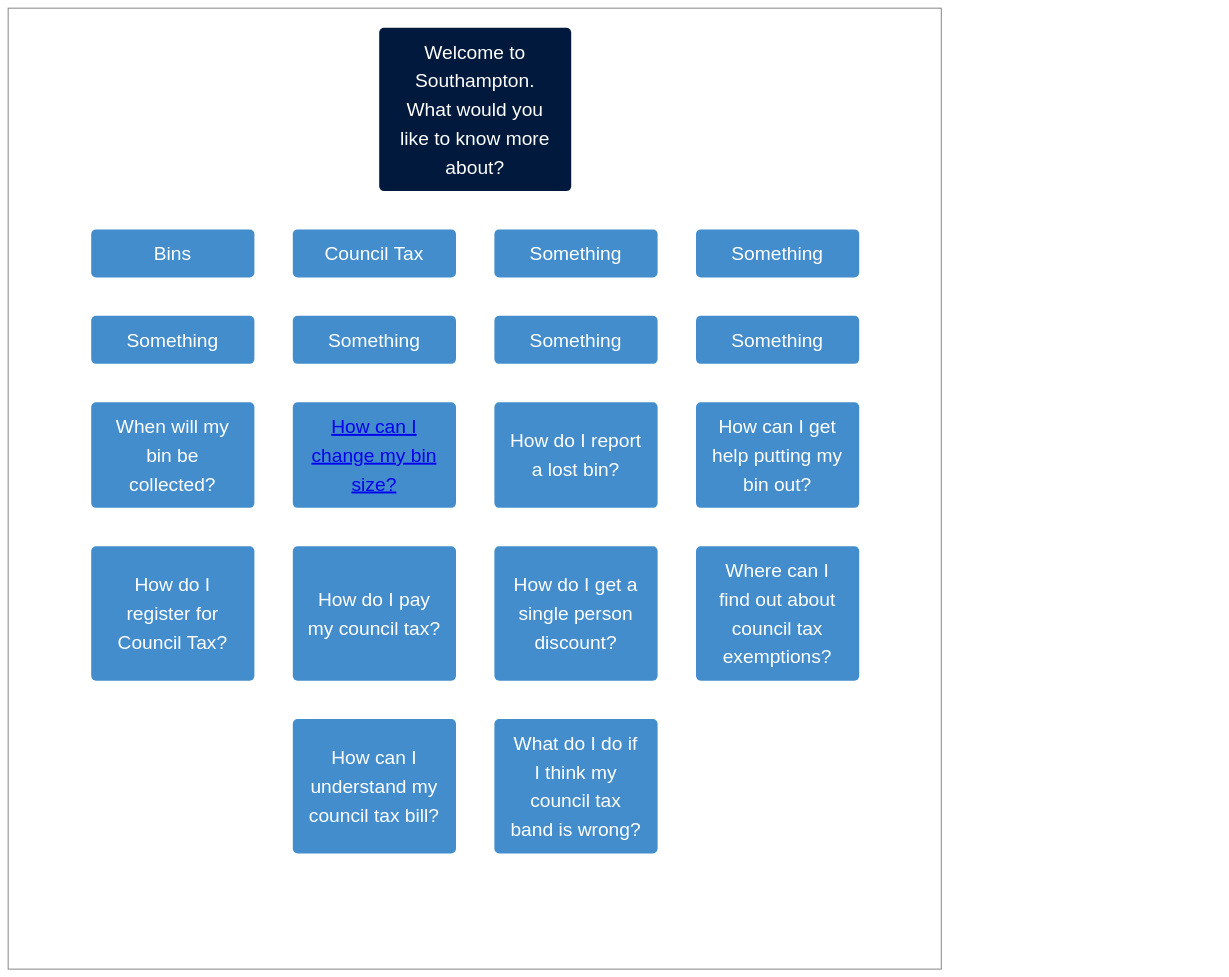
Repository: Domehead123/test
Page: index.html
The author's editor kept a record of every edit. The page is drawn from the files as they stood at one moment, then again after the next edit.
The browser window is 1280 px wide. The pictures show the whole page, at 96% of full size.

Above is the page before.

After the next edit:
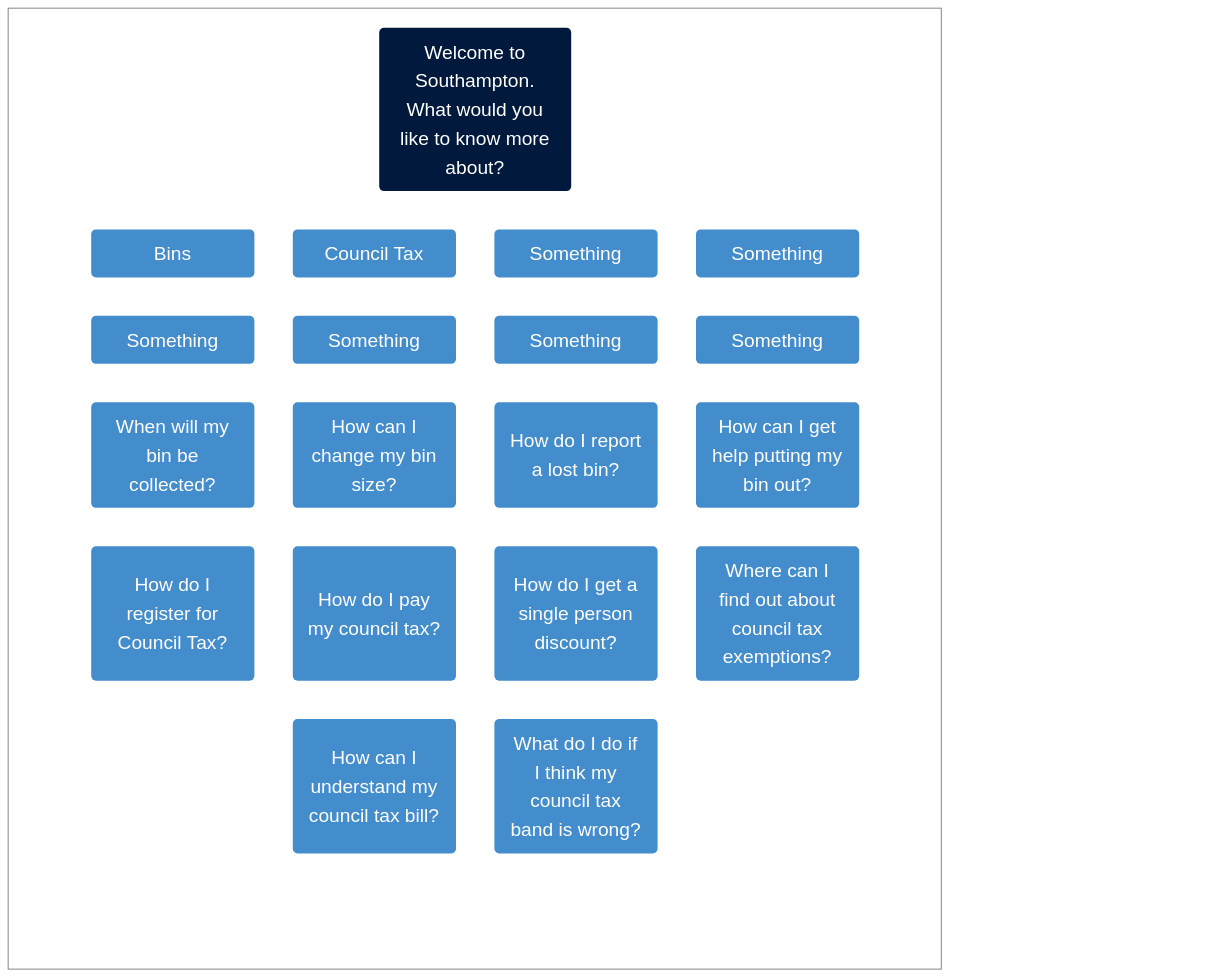
The edit:
--- a/index.html
+++ b/index.html
@@ -25,7 +25,7 @@
 
 
     <div class="option-container" id="container1">
-    <div class="bottom-box"><span><a href="https://www.southampton.gov.uk/bins-recycling/bins/">When will my bin be collected?</span></div>
+    <div class="bottom-box"><span><a href="https://www.southampton.gov.uk/bins-recycling/bins/">When will my bin be collected?</a></span></div>
     <div class="bottom-box"><span><a href="https://www.southampton.gov.uk/bins-recycling/bins/bin-size.aspx">How can I change my bin size?</a></span></div>
     <div class="bottom-box"><span><a href="https://www.southampton.gov.uk/bins-recycling/bins/lost-bin.aspx">How do I report a lost bin?</a></span></div>
     <div class="bottom-box"><span><a href="https://www.southampton.gov.uk/bins-recycling/bins/need-help-putting-your-bins-out.aspx">How can I get help putting my bin out?</a></span></div>
